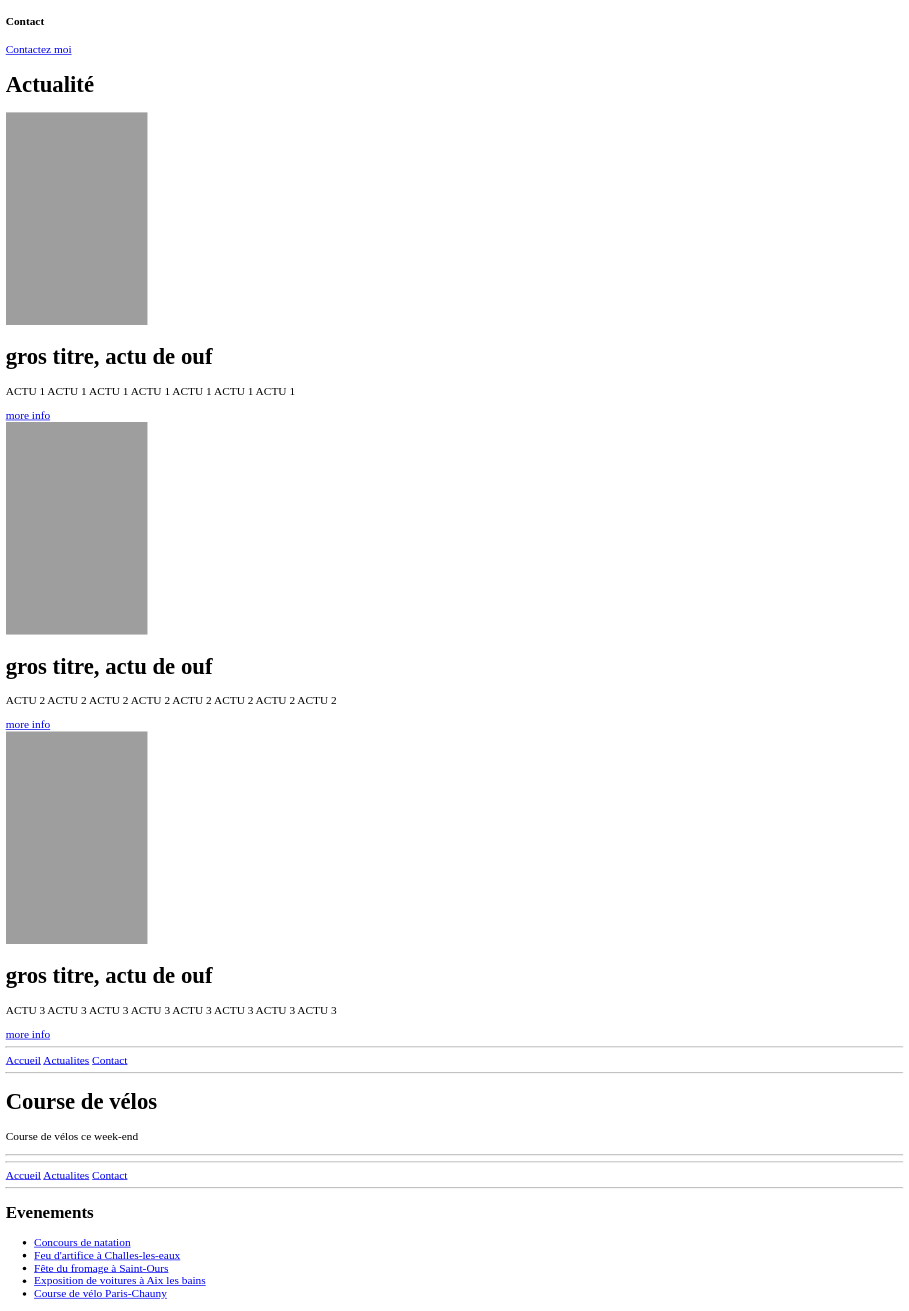
Repository: Mini-T/git-course
Page: index.html
The author's editor kept a copy of each file at every save. The page is drawn from the files as they stood at one save, then again after the next save.
The browser window is 1280 px wide. The pictures show the whole page, at 71% of full size.
Pictures or frames that could not be fetched are drawn as grey boxes.

Above is the page before, as saved 2022-09-26 15:59:57.

### index.html
<!DOCTYPE html>
<html>
    <head>
        <title>Accueil</title>
    </head>
    <body>
        <h4>Contact</h4>
        <a href="contact.html">Contactez moi</a>
        <div>
            <h1>Actualité</h1>
            <div>
                <img src="https://picsum.photos/200/300?random=1" />
                <div>
                  <h1>gros titre, actu de ouf</h1>
                  <p>ACTU 1 ACTU 1 ACTU 1 ACTU 1 ACTU 1 ACTU 1 ACTU 1</p>
                  <a href="./single-actualite_1.html">more info</a>
                </div>
              </div>
              <div>
                <img src="https://picsum.photos/200/300?random=2" alt="actu" />
                <div>
                  <h1>gros titre, actu de ouf</h1>
                  <p>ACTU 2 ACTU 2 ACTU 2 ACTU 2 ACTU 2 ACTU 2 ACTU 2 ACTU 2</p>
                  <a href="./single-actualite_2.html">more info</a>
                </div>
              </div>
              <div>
                <img src="https://picsum.photos/200/300?random=3" alt="actu" />
                <div>
                  <h1>gros titre, actu de ouf</h1>
                  <p>ACTU 3 ACTU 3 ACTU 3 ACTU 3 ACTU 3 ACTU 3 ACTU 3 ACTU 3</p>
                  <a href="./single-actualite_3.html">more info</a>
                </div>
              </div>
        </div>
        <div>
            <div>
                <hr>
                <a href="../index.html">Accueil</a>
                <a href="../actualites/actualite.html">Actualites</a>
                <a href="../contact.html">Contact</a>
                <hr>
            </div>
            <h1>Course de vélos</h1>
            <p>Course de vélos ce week-end</p>
            <hr>
            <div>
                <hr>
                <a href="../index.html">Accueil</a>
                <a href="../actualites/actualite.html">Actualites</a>
                <a href="../contact.html">Contact</a>
                <hr>
            </div>
            <div>
                <h2>Evenements</h2>

                <ul>
                    <li><a href="concours.html">Concours de natation </a></li>
                    <li><a href="feu.html">Feu d'artifice à Challes-les-eaux</a></li>
                    <li><a href="fromage.html">Fête du fromage à Saint-Ours</a></li>
                    <li><a href="exposition_voiture.html">Exposition de voitures à Aix les bains</a></li>
                    <li><a href="course_velo.html">Course de vélo Paris-Chauny</a></li>

                </ul>
            </div>

    </body>
</html>

After the next save:
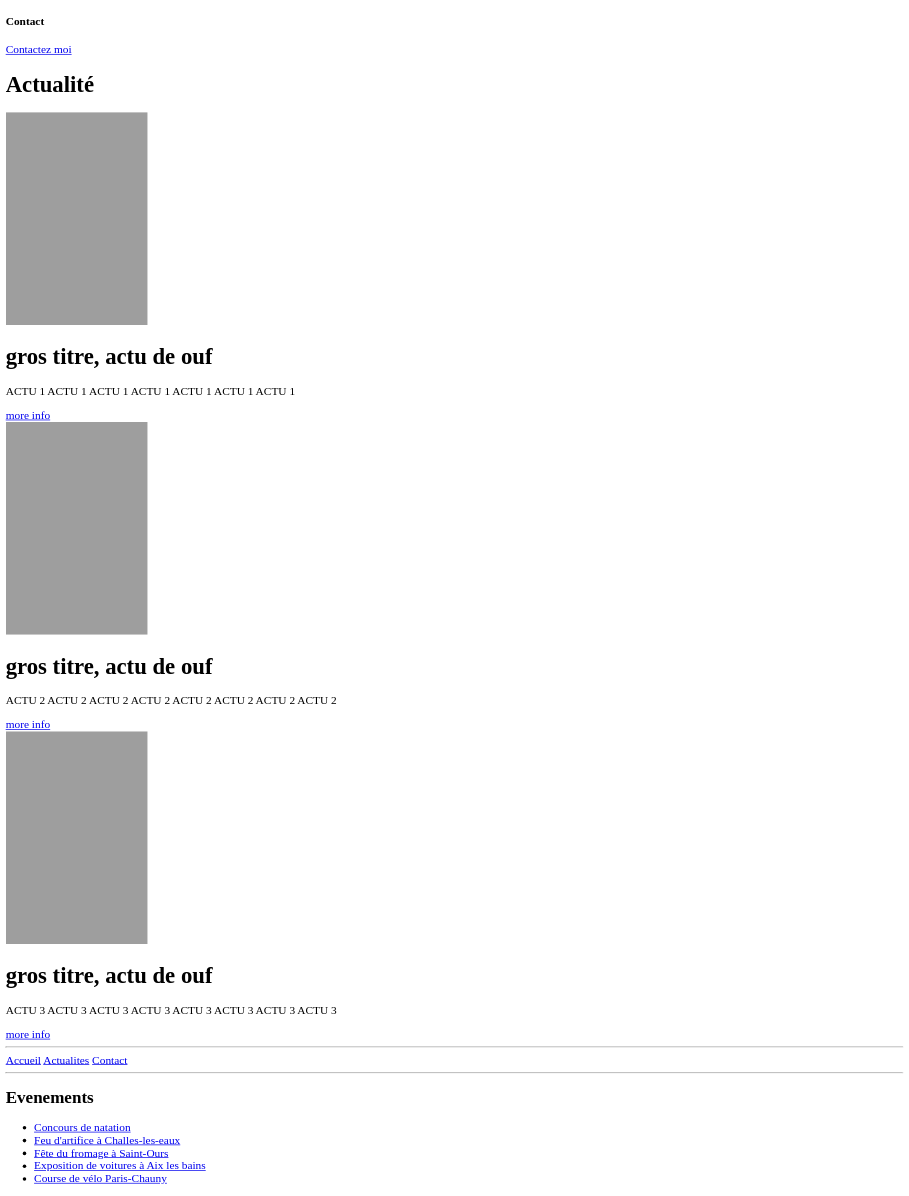
Saved 34 s later.
--- a/index.html
+++ b/index.html
@@ -41,16 +41,6 @@
                 <a href="../contact.html">Contact</a>
                 <hr>
             </div>
-            <h1>Course de vélos</h1>
-            <p>Course de vélos ce week-end</p>
-            <hr>
-            <div>
-                <hr>
-                <a href="../index.html">Accueil</a>
-                <a href="../actualites/actualite.html">Actualites</a>
-                <a href="../contact.html">Contact</a>
-                <hr>
-            </div>
             <div>
                 <h2>Evenements</h2>
 
